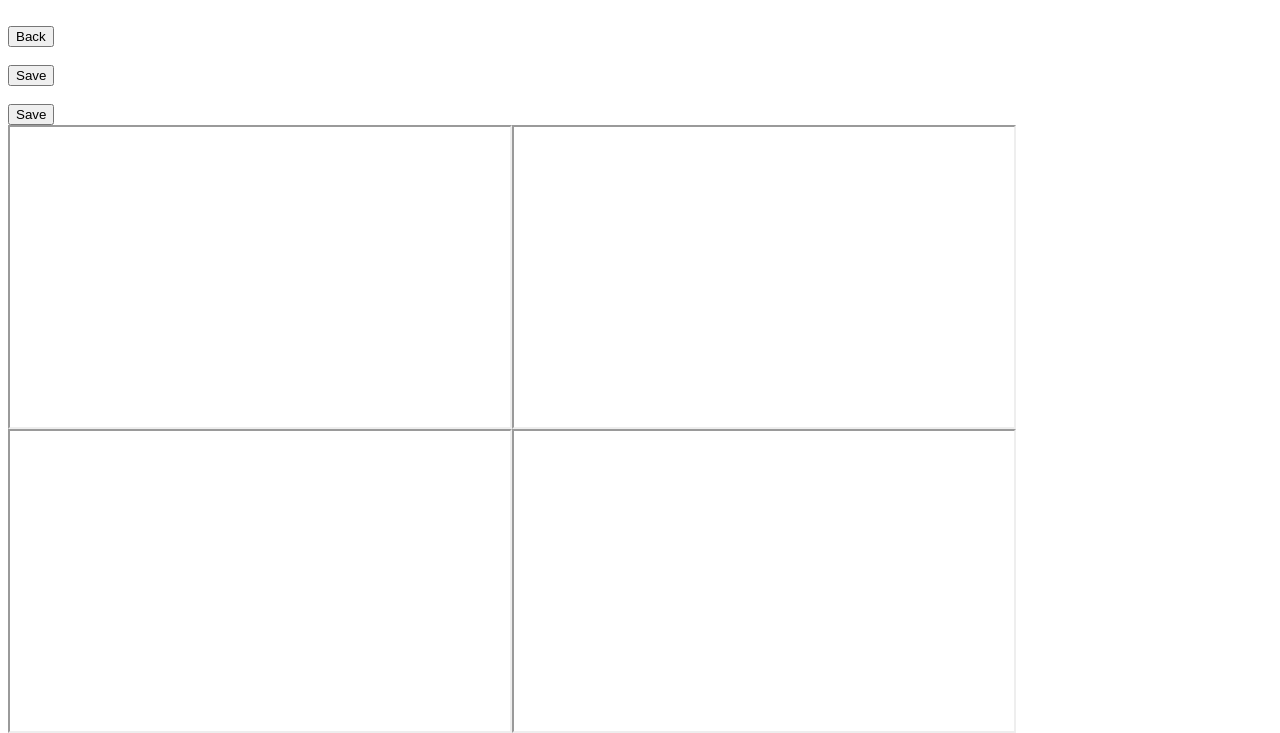
Repository: jamodi/git-tutorial
Page: http://localhost/com.sd.service1/statements
An editor plug-in stored every save of this project. The page is shown before and after the next save, followed by the edit.
The browser window is 1280 px wide. The pictures show the whole page.
The page is served by Tomcat 9. Other server files are loaded and not shown.

Above is the page before, as saved 2014-05-02 06:59:29.

### SD Project/com.sd.service1/WebContent/Customization.jsp


<!DOCTYPE html PUBLIC "-//W3C//DTD HTML 4.01 Transitional//EN" "http://www.w3.org/TR/html4/loose.dtd">
<%@ taglib uri="http://java.sun.com/jsp/jstl/core" prefix="c"%>

<html>
<head>
<meta http-equiv="Content-Type" content="text/html; charset=ISO-8859-1">
<title>User Personalized Desktop</title>
</head>
<body>
<%
String service1=(String) request
.getAttribute("Service1");
String service2=(String) request
.getAttribute("Service2");
String service3=(String) request
.getAttribute("Service3");
String service4=(String) request
.getAttribute("Service4");
String color1=(String) request
.getAttribute("colorMenu1");
String color2=(String) request
.getAttribute("colorMenu2");
String color3=(String) request
.getAttribute("colorMenu3");
String color4=(String) request
.getAttribute("colorMenu4");

pageContext.setAttribute("serv1", service1);
pageContext.setAttribute("serv2", service2);
pageContext.setAttribute("serv3", service3);
pageContext.setAttribute("serv4", service4);
pageContext.setAttribute("colorMenu1", color1);
pageContext.setAttribute("colorMenu2", color2);
pageContext.setAttribute("colorMenu3", color3);
pageContext.setAttribute("colorMenu4", color4);

%>
	<form name=TemperatureConversion method="POST"
		action="/com.sd.service1/workflow.jsp">
		<br> <input type="submit" value="Back"><br>
	</form>
	<form name=TemperatureConversion method="POST"
		action="/com.sd.service1/saveService.jsp">
		<input type="hidden" name="tenantid" value="${param.tenantid}">

		<input type="hidden" name="id1" value="${serv1}"> <input
			type="hidden" name="id2" value="${serv2}"> <input
			type="hidden" name="id3" value="${serv3}"> <input
			type="hidden" name="id4" value="${serv4}"> <br> <input
			type="submit" value="Save"><br> <input type="hidden"
			name="colorid1" value="${colorMenu1}"> <input
			type="hidden" name="colorid2" value="${colorMenu2}"> <input
			type="hidden" name="colorid3" value="${colorMenu3}"> <input
			type="hidden" name="colorid4" value="${colorMenu4}"> <br>
		<input type="submit" value="Save"><br>
	</form>
	<c:set var="service1" scope="session" value="${serv1}" />
	<c:choose>
		<c:when test="${service1 == 1}">
			<c:set var="src1" scope="session"
				value="http://localhost:8080/com.sd.service1/AddCelsius.jsp" />
		</c:when>
		<c:when test="${service1 == 2}">
			<c:set var="src1" scope="session"
				value="http://localhost:8080/com.sd.service1/AddFahrenheit.jsp" />
		</c:when>
		<c:when test="${service1 == 3}">
			<c:set var="src1" scope="session"
				value="http://localhost:8080/com.sd.service1/bmi.jsp" />
		</c:when>
		<c:when test="${service1 == 4}">
			<c:set var="src1" scope="session"
				value="http://localhost:8080/com.sd.service1/Date&Time.jsp" />
		</c:when>
		<c:when test="${service1 == 5}">
			<c:set var="src1" scope="session"
				value="http://localhost:8080/com.sd.service1/Calculator.jsp" />
		</c:when>
		<c:otherwise>
			<c:set var="src1" scope="session"
				value="http://localhost:8080/com.sd.service1/Blank.html" />
		</c:otherwise>
	</c:choose>

	<c:set var="service2" scope="session" value="${serv2}" />
	<c:choose>
		<c:when test="${service2 == 1}">
			<c:set var="src2" scope="session"
				value="http://localhost:8080/com.sd.service1/AddCelsius.jsp" />
		</c:when>
		<c:when test="${service2 == 2}">
			<c:set var="src2" scope="session"
				value="http://localhost:8080/com.sd.service1/AddFahrenheit.jsp" />
		</c:when>
		<c:when test="${service2 == 3}">
			<c:set var="src2" scope="session"
				value="http://localhost:8080/com.sd.service1/bmi.jsp" />
		</c:when>
		<c:when test="${service2 == 4}">
			<c:set var="src2" scope="session"
				value="http://localhost:8080/com.sd.service1/Date&Time.jsp" />
		</c:when>
		<c:when test="${service2 == 5}">
			<c:set var="src2" scope="session"
				value="http://localhost:8080/com.sd.service1/Calculator.jsp" />
		</c:when>
		<c:otherwise>
			<c:set var="src2" scope="session"
				value="http://localhost:8080/com.sd.service1/Blank.html" />
		</c:otherwise>
	</c:choose>

	<c:set var="service3" scope="session" value="${serv3}" />
	<c:choose>
		<c:when test="${service3 == 1}">
			<c:set var="src3" scope="session"
				value="http://localhost:8080/com.sd.service1/AddCelsius.jsp" />
		</c:when>
		<c:when test="${service3 == 2}">
			<c:set var="src3" scope="session"
				value="http://localhost:8080/com.sd.service1/AddFahrenheit.jsp" />
		</c:when>
		<c:when test="${service3 == 3}">
			<c:set var="src3" scope="session"
				value="http://localhost:8080/com.sd.service1/bmi.jsp" />
		</c:when>
		<c:when test="${service3 == 4}">
			<c:set var="src3" scope="session"
				value="http://localhost:8080/com.sd.service1/Date&Time.jsp" />
		</c:when>
		<c:when test="${service3 == 5}">
			<c:set var="src3" scope="session"
				value="http://localhost:8080/com.sd.service1/Calculator.jsp" />
		</c:when>
		<c:otherwise>
			<c:set var="src3" scope="session"
				value="http://localhost:8080/com.sd.service1/Blank.html" />
		</c:otherwise>
	</c:choose>

	<c:set var="service4" scope="session" value="${serv4}" />
	<c:choose>
		<c:when test="${service4 == 1}">
			<c:set var="src4" scope="session"
				value="http://localhost:8080/com.sd.service1/AddCelsius.jsp" />
		</c:when>
		<c:when test="${service4 == 2}">
			<c:set var="src4" scope="session"
				value="http://localhost:8080/com.sd.service1/AddFahrenheit.jsp" />
		</c:when>
		<c:when test="${service4 == 3}">
			<c:set var="src4" scope="session"
				value="http://localhost:8080/com.sd.service1/bmi.jsp" />
		</c:when>
		<c:when test="${service4 == 4}">
			<c:set var="src4" scope="session"
				value="http://localhost:8080/com.sd.service1/Date&Time.jsp" />
		</c:when>
		<c:when test="${service4 == 5}">
			<c:set var="src4" scope="session"
				value="http://localhost:8080/com.sd.service1/Calculator.jsp" />
		</c:when>
		<c:otherwise>
			<c:set var="src4" scope="session"
				value="http://localhost:8080/com.sd.service1/Blank.html" />
		</c:otherwise>
	</c:choose>

	<iframe style="background-color: ${colorMenu1};" src="${src1}"
		height="300" width="500" align="left"></iframe>
	<iframe style="background-color: ${colorMenu2};" src="${src2}"
		height="300" width="500" align="left"></iframe>
	<iframe style="background-color: ${colorMenu3};" src="${src3}"
		height="300" width="500" align="left"></iframe>
	<iframe style="background-color: ${colorMenu4};" src="${src4}"
		height="300" width="500" align="left"></iframe>



</body>
</html>

### SD Project/com.sd.service1/src/com/sd/service1/StatementServlet.java
package com.sd.service1;

import java.io.IOException;

import javax.servlet.RequestDispatcher;
import javax.servlet.ServletException;
import javax.servlet.annotation.WebServlet;
import javax.servlet.http.HttpServlet;
import javax.servlet.http.HttpServletRequest;
import javax.servlet.http.HttpServletResponse;

/**
 * Servlet implementation class StatementServlet
 */
@WebServlet("/StatementServlet")
public class StatementServlet extends HttpServlet {
	private static final long serialVersionUID = 1L;

    /**
     * @see HttpServlet#HttpServlet()
     */
    public StatementServlet() {
        super();
        // TODO Auto-generated constructor stub
    }

    protected void service(HttpServletRequest request, HttpServletResponse response) throws ServletException, IOException {
    	String service1=(String)request.getParameter("service1");
    	String service2=(String)request.getParameter("service2");
    	String service3=(String)request.getParameter("service3");
    	String service4=(String)request.getParameter("service4");
    	String colorMenu1=(String)request.getParameter("colorMenu1");
       	String colorMenu2=(String)request.getParameter("colorMenu2");
       	String colorMenu3=(String)request.getParameter("colorMenu3");
       	String colorMenu4=(String)request.getParameter("colorMenu4");


    	request.setAttribute("Service1",service1 );
    	request.setAttribute("Service2",service2 );
    	request.setAttribute("Service3",service3 );
    	request.setAttribute("Service4",service4 );
    	request.setAttribute("colorMenu1",colorMenu1);
       	request.setAttribute("colorMenu2",colorMenu2);
       	request.setAttribute("colorMenu3",colorMenu3);
       	request.setAttribute("colorMenu4",colorMenu4);

    	RequestDispatcher rd = request.getRequestDispatcher("Customization.jsp");
		rd.forward(request, response);
    }
	/**
	 * @see HttpServlet#doGet(HttpServletRequest request, HttpServletResponse response)
	 */
	protected void doGet(HttpServletRequest request, HttpServletResponse response) throws ServletException, IOException {
		// TODO Auto-generated method stub
	}

	/**
	 * @see HttpServlet#doPost(HttpServletRequest request, HttpServletResponse response)
	 */
	protected void doPost(HttpServletRequest request, HttpServletResponse response) throws ServletException, IOException {
		// TODO Auto-generated method stub
	}

}

Loaded but not shown: SD Project/com.sd.service1/WebContent/Blank.html (common file)

After the next save:
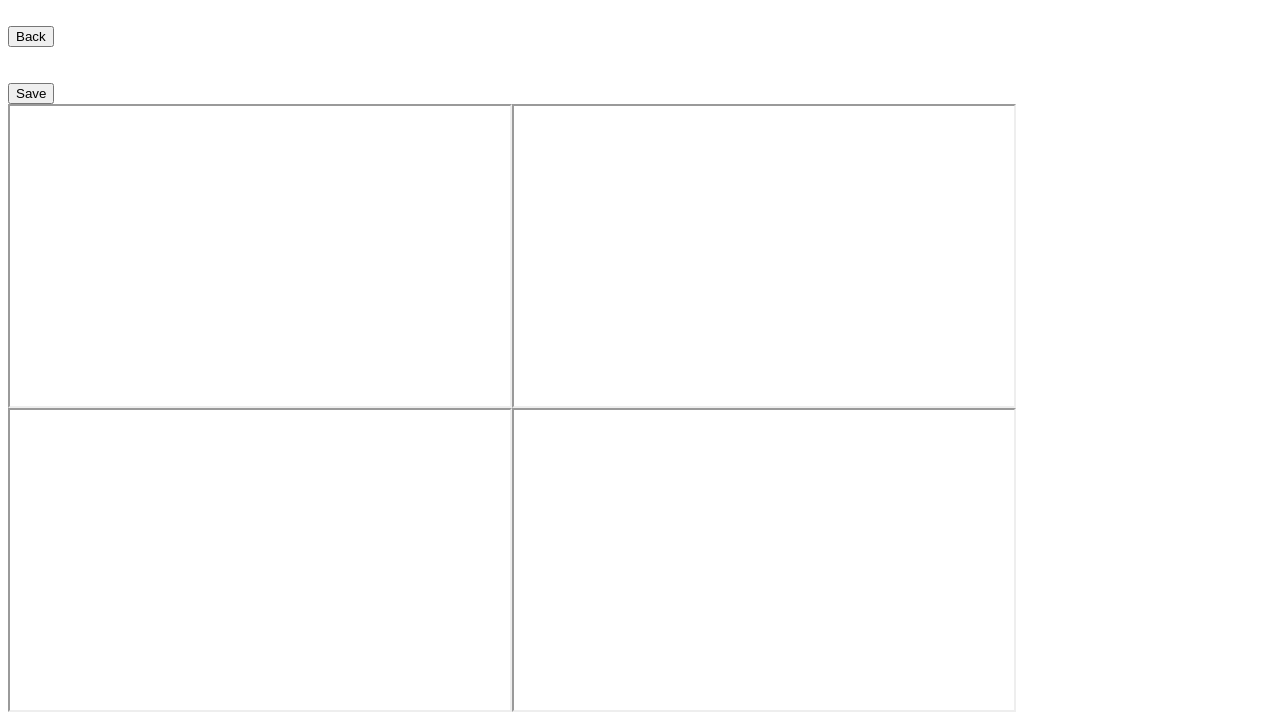
Saved 5 min 41 s later.
--- a/SD Project/com.sd.service1/WebContent/Customization.jsp
+++ b/SD Project/com.sd.service1/WebContent/Customization.jsp
@@ -48,8 +48,8 @@ pageContext.setAttribute("colorMenu4", color4);
 		<input type="hidden" name="id1" value="${serv1}"> <input
 			type="hidden" name="id2" value="${serv2}"> <input
 			type="hidden" name="id3" value="${serv3}"> <input
-			type="hidden" name="id4" value="${serv4}"> <br> <input
-			type="submit" value="Save"><br> <input type="hidden"
+			type="hidden" name="id4" value="${serv4}"> <br>
+			 <input type="hidden"
 			name="colorid1" value="${colorMenu1}"> <input
 			type="hidden" name="colorid2" value="${colorMenu2}"> <input
 			type="hidden" name="colorid3" value="${colorMenu3}"> <input
